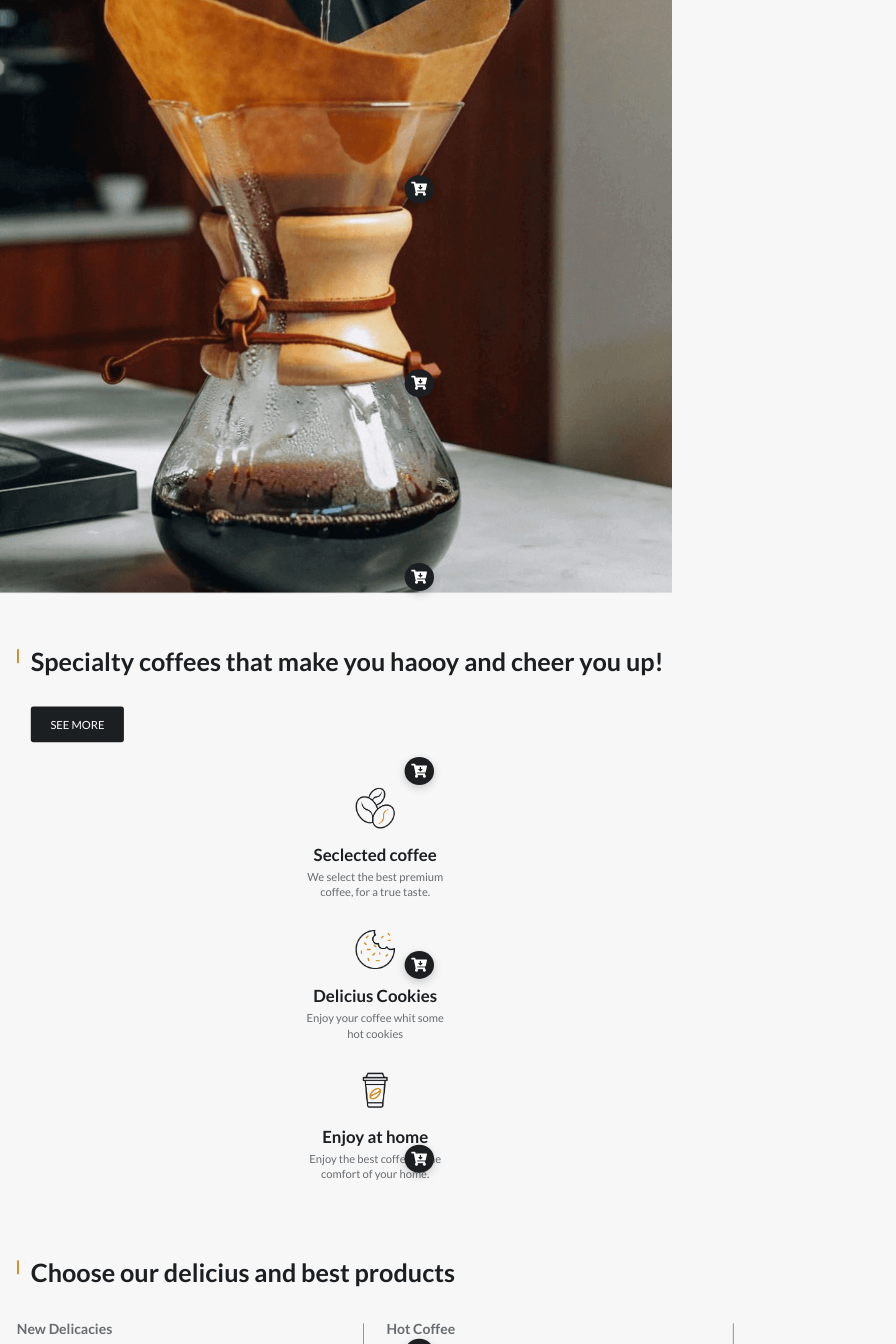
Repository: Nguyenductuan-dev/Website-coffee
Page: index.html
These files come from the project's save history. The page is drawn as it stood at one moment and after the next save; the edit follows.
The browser window is 1280 px wide. The pictures show the part of the page from y = 719 to 2639 px (the page is 5863 px tall), at 70% of full size.

Above is the page before, as saved 2022-04-16 14:50:16.

After the next save:
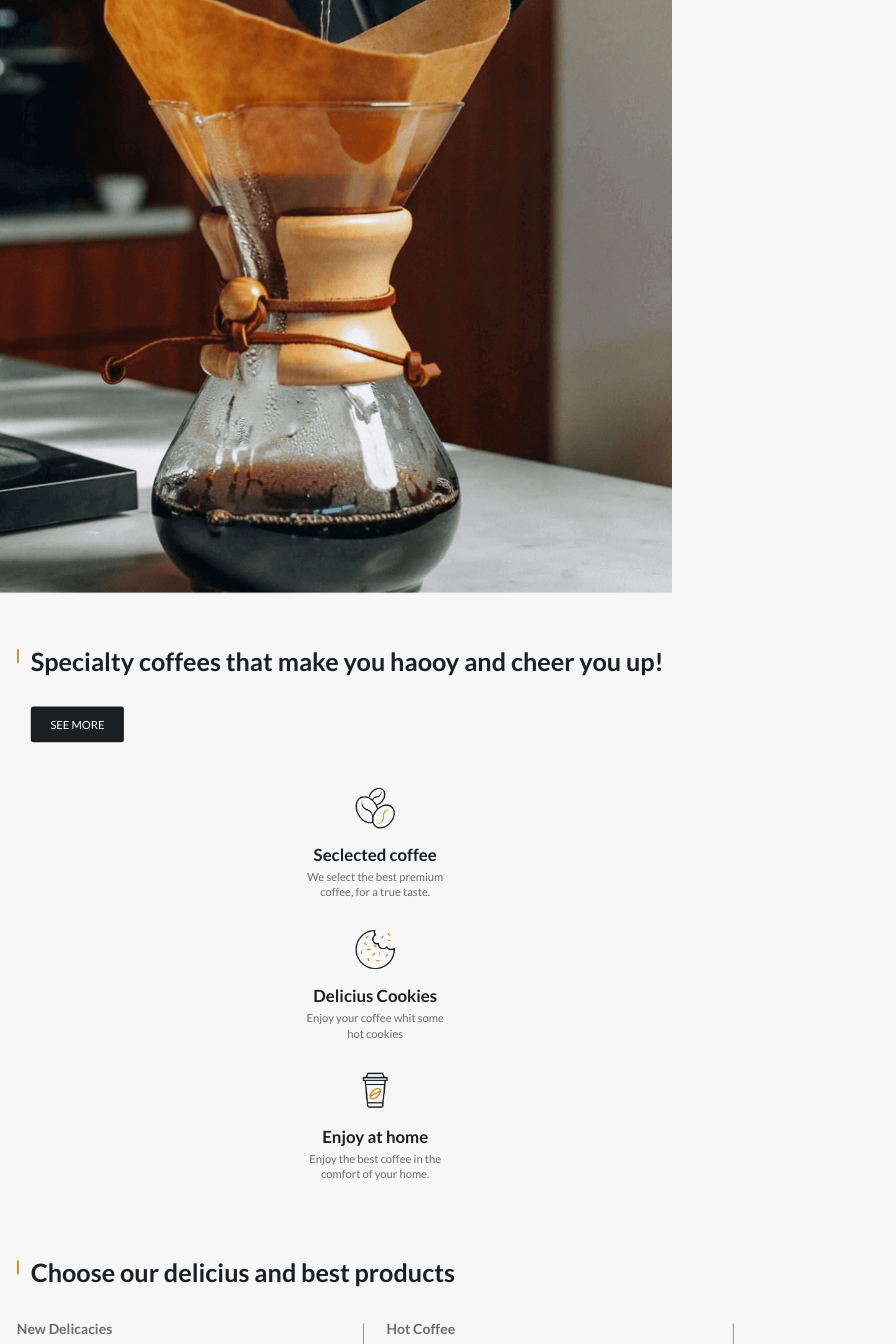
Saved 6 min 39 s later.
--- a/assets/css/style.css
+++ b/assets/css/style.css
@@ -371,6 +371,6 @@ button {
     font-size: 1.25rem;
     position: absolute;
     right: 1rem;
-    top: -125rem;
+    top: -1.25rem;
     box-shadow: 0 4px 12px hsla(206, 4%, 4%, .2);
 }
